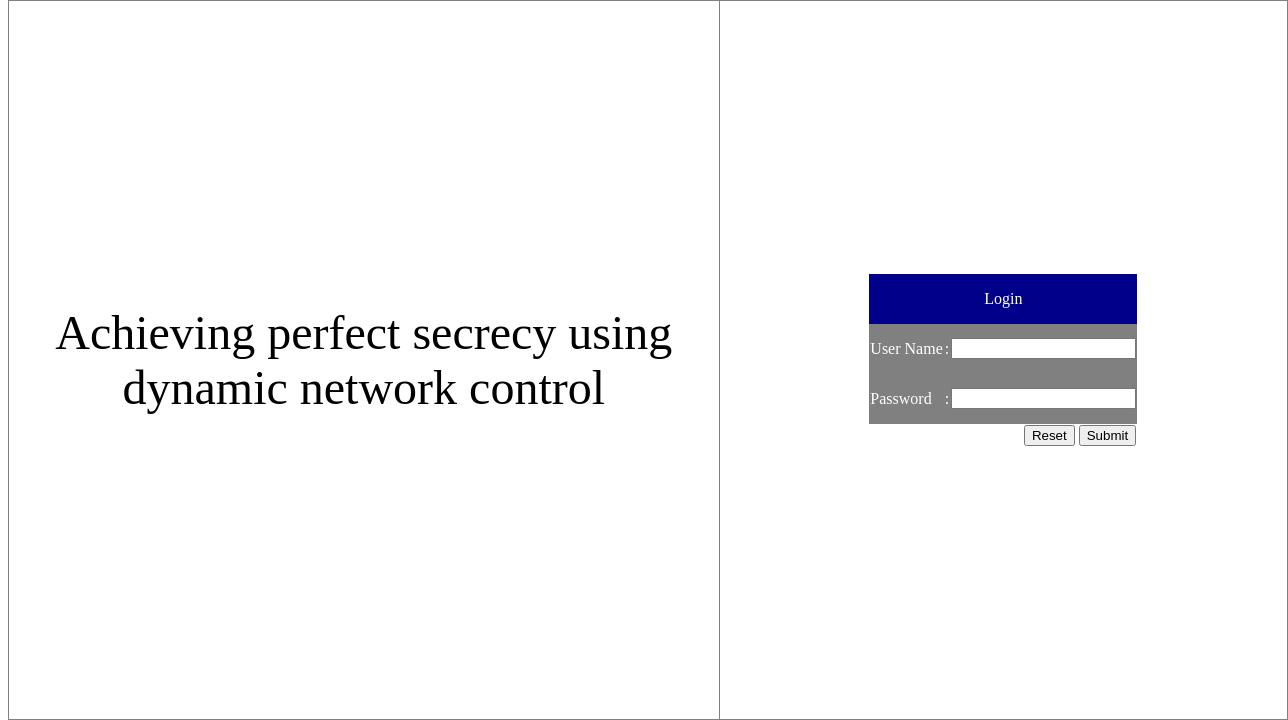
Repository: deepika-ws/apsdn
Page: http://localhost/apsdn/
These files come from the project's save history. The page is drawn as it stood at one moment and after the next save; the edit follows.
The browser window is 1280 px wide. The page is 1288 px wide, so the pictures cover 1288 px, including what lies to the right of the window. The pictures show the whole page.
The page is served by Tomcat 9.

Above is the page before, as saved 2017-05-01 19:11:36.

After the next save:
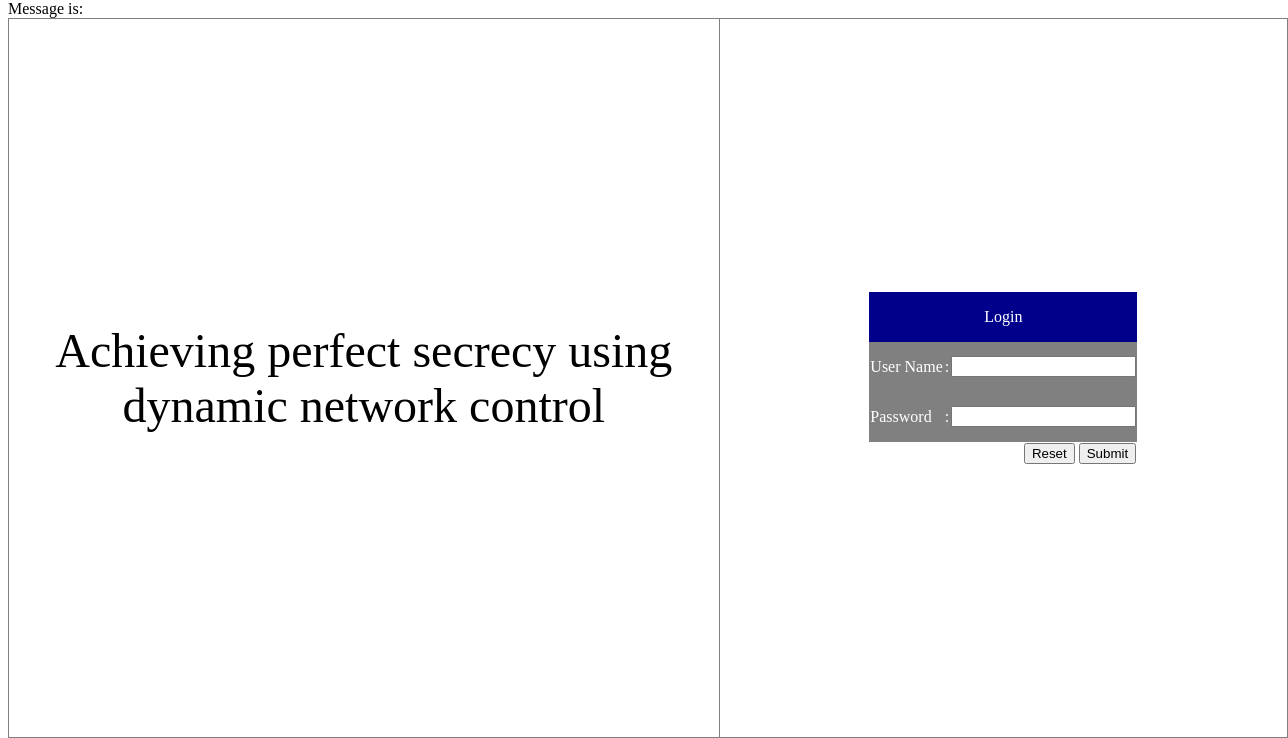
Saved 2 min 18 s later.
--- a/apsdn/WebContent/views/login.jsp
+++ b/apsdn/WebContent/views/login.jsp
@@ -37,6 +37,7 @@
 	<body>
 <!-- 		<div class="aParent"> -->
 		<div class="viewport">
+		<div>Message is: ${message}</div>
 			<table class="login-form" border="1">
 			<tr>
 				<td width = "50%" align="center">
